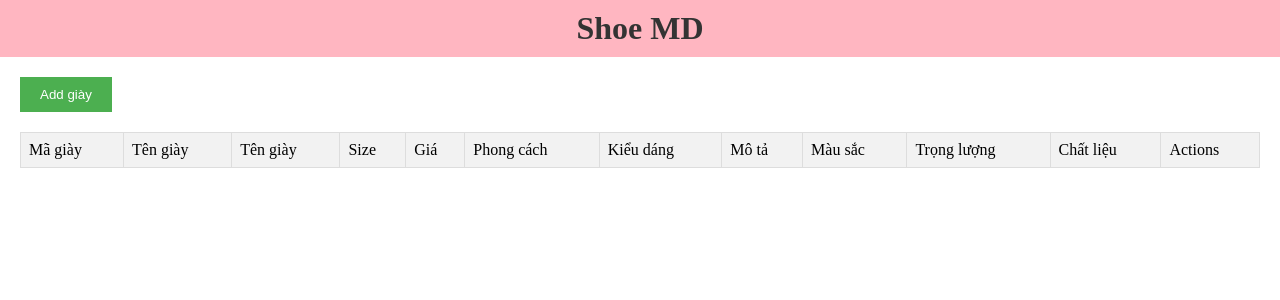
Repository: longsoisuaxe1a/shoe-md
Page: http://localhost/Project_Shoe/WEB-INF/view/admin-giay-manager.jsp
These files come from the project's save history. The page is drawn as it stood at one moment and after the next save; the edit follows.
The browser window is 1280 px wide. The pictures show the whole page.
The page is served by Tomcat 9. Nobody is signed in. The template is opened directly, without the code that normally fills it, so the values that code supplies are empty.

Above is the page before, as saved 2023-12-20 09:13:03.

After the next save:
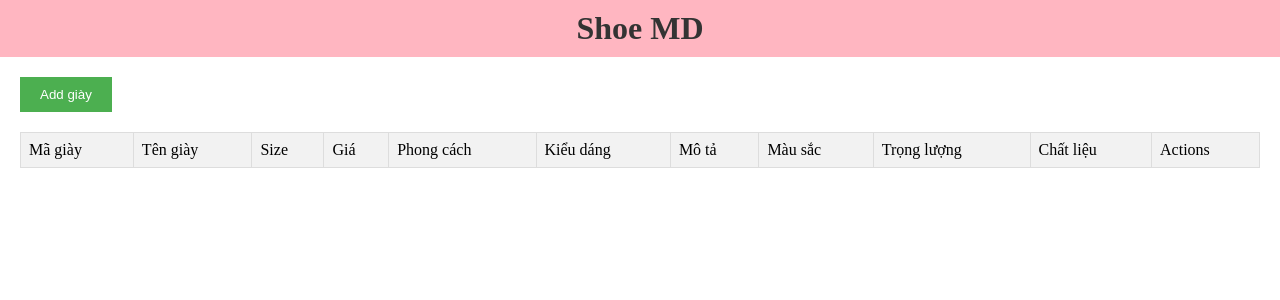
Saved 81 s later.
--- a/Project_Shoe/src/main/webapp/WEB-INF/view/admin-giay-manager.jsp
+++ b/Project_Shoe/src/main/webapp/WEB-INF/view/admin-giay-manager.jsp
@@ -66,7 +66,6 @@ table td {
             <tr>
                 <td>Mã giày</td>
                 <td>Tên giày</td>
-                <td>Tên giày</td>
                 <td>Size</td>
                 <td>Giá</td>
                 <td>Phong cách</td>
